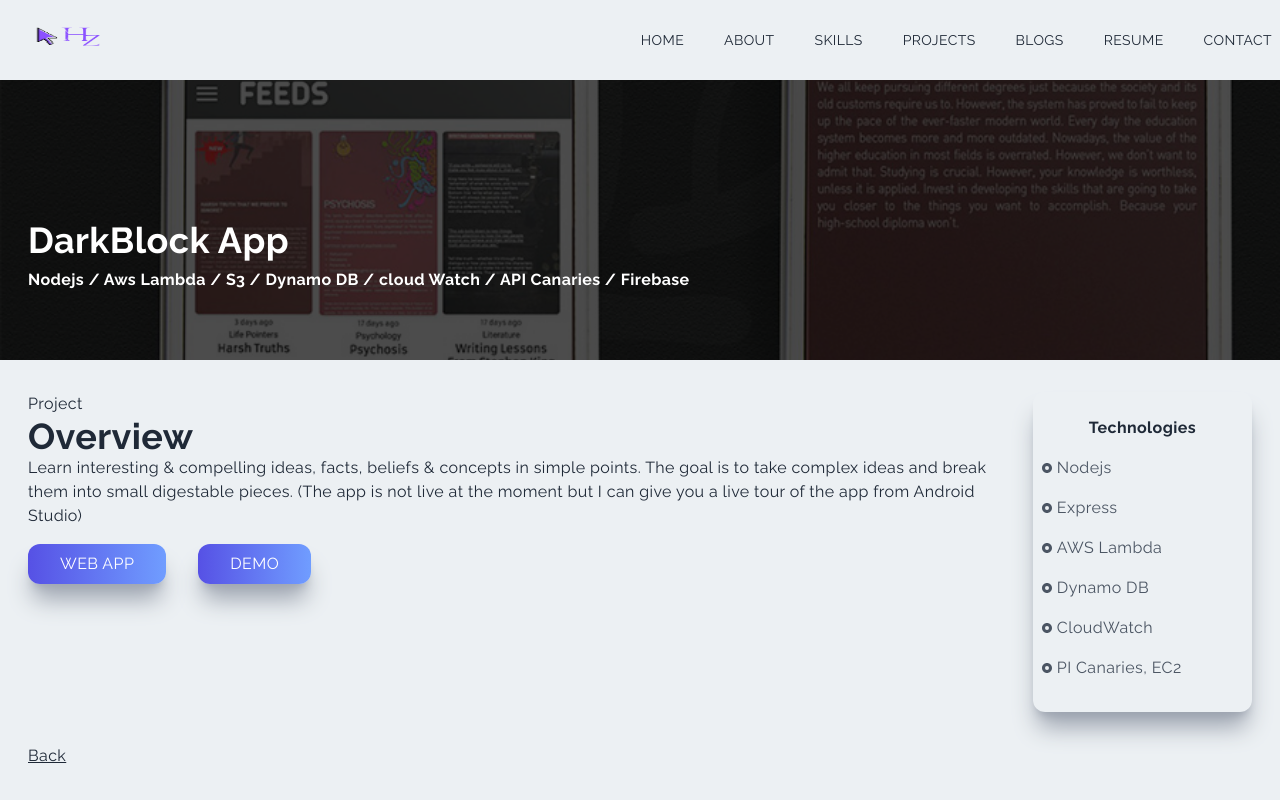
Repository: Hasnainzxc/testofolio
Page: /thinkaway
The author's editor kept a copy of each file at every save. The page is drawn from the files as they stood at one save, then again after the next save.
The browser window is 1280 px wide. The pictures show the whole page.
The project was rebuilt for these pictures with package versions that can differ from the ones it lists, and the page was loaded fresh each time. The framework's server and built-in components were replaced by stand-ins that run in the browser. Also part of the build but not shown: next.config.js.

Above is the page before, as saved 2023-01-29 07:33:04.

After the next save:
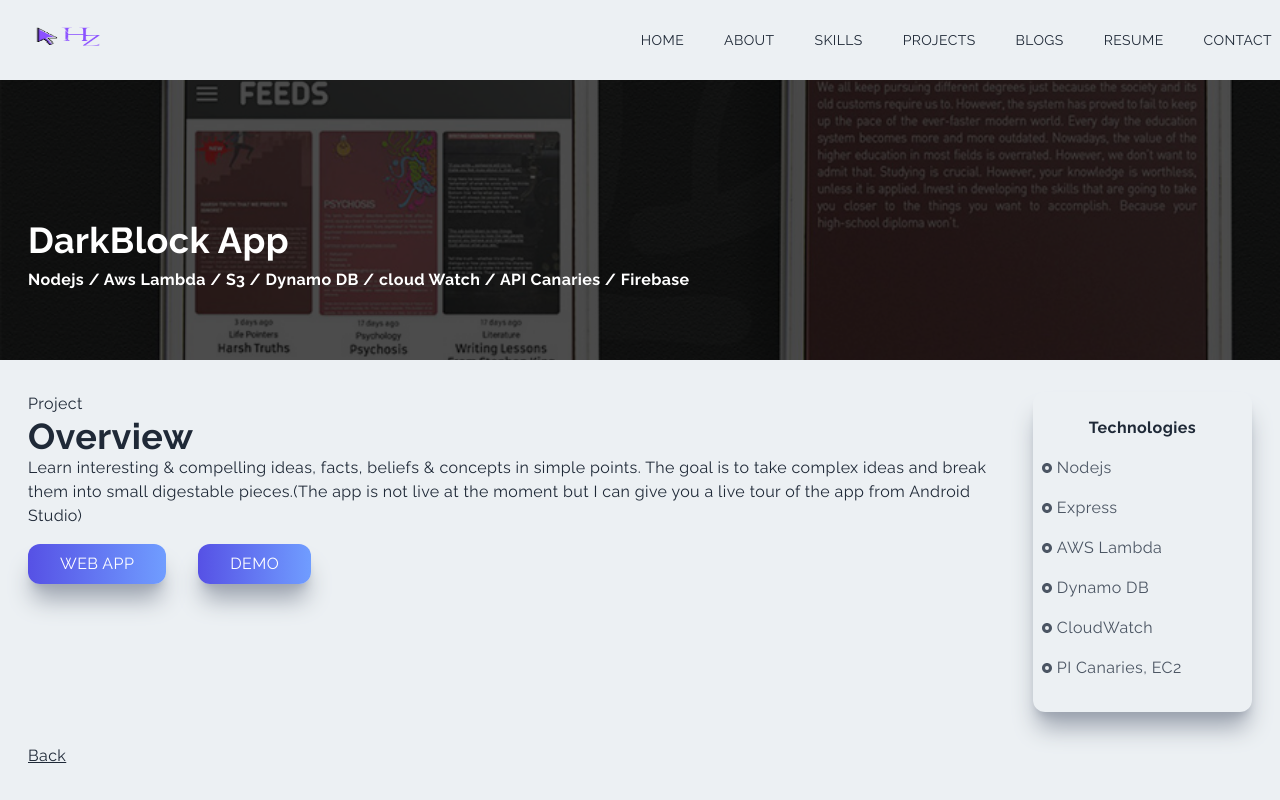
Saved 35 s later.
--- a/pages/thinkaway.jsx
+++ b/pages/thinkaway.jsx
@@ -30,7 +30,7 @@
           <p>  Learn interesting & compelling ideas, facts, beliefs & concepts in simple points.
 
 The goal is to take complex ideas and break them into small digestable pieces.
-
+<break></break>
 (The app is not live at the moment but I can give you a live tour of the app from Android Studio)</p>
 
 
